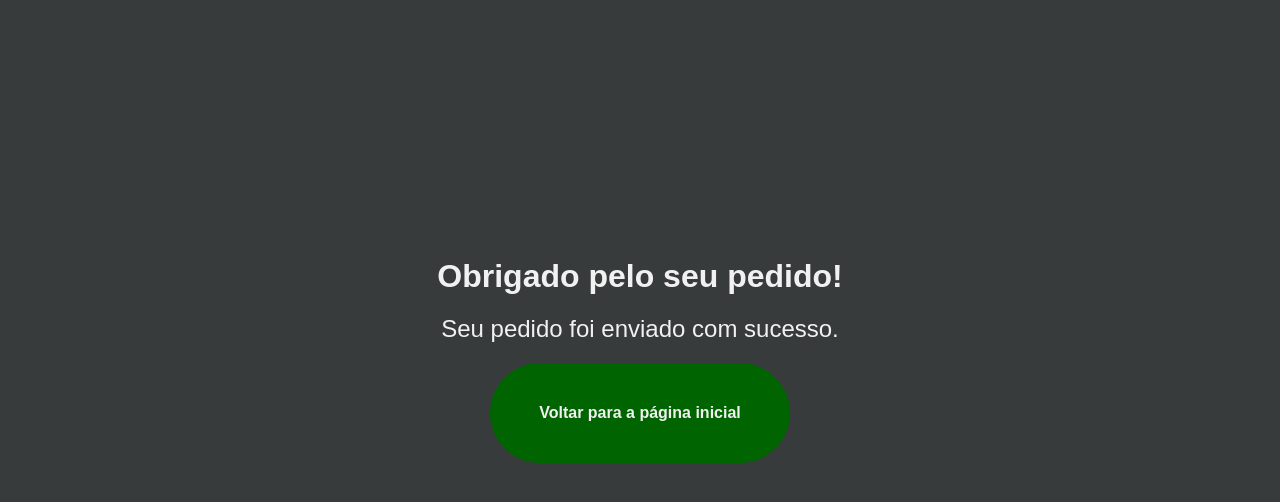
Repository: Marinalr-25/Projeto-Aparelhos-de-Academia
Page: thanks.html
The author's editor kept a copy of each file at every save. The page is drawn from the files as they stood at one save, then again after the next save.
The browser window is 1280 px wide. The pictures show the whole page.

Above is the page before, as saved 2025-01-14 14:30:16.

After the next save:
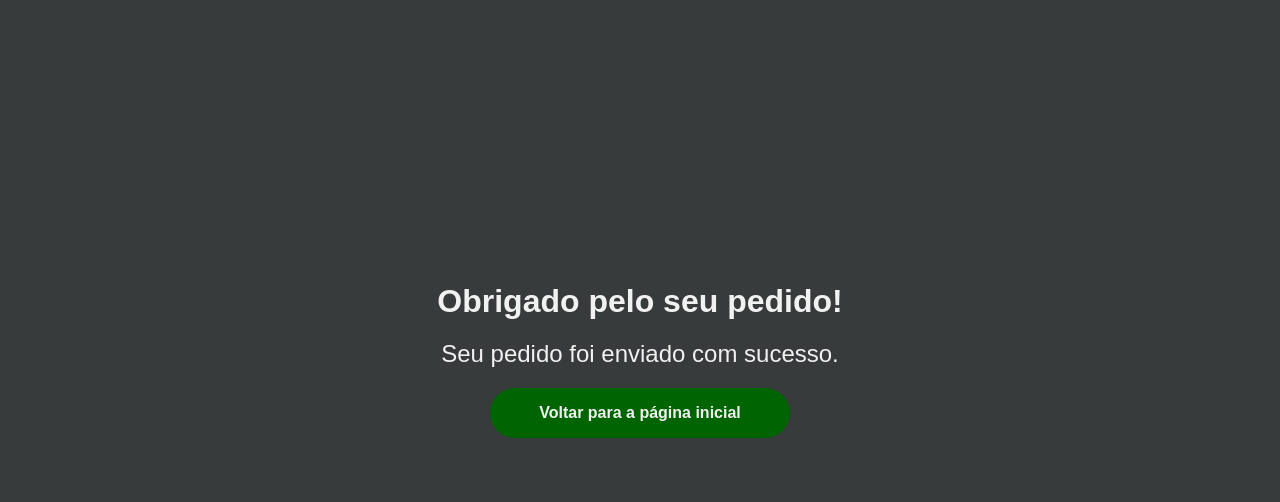
Saved 4 s later.
--- a/css/thanks.css
+++ b/css/thanks.css
@@ -38,7 +38,7 @@ body {
   position: relative;
   cursor: pointer;
   width: 30rem;
-  height: 10rem;
+  height: 5rem;
   overflow: hidden;
   transition: 0.3s;
 
